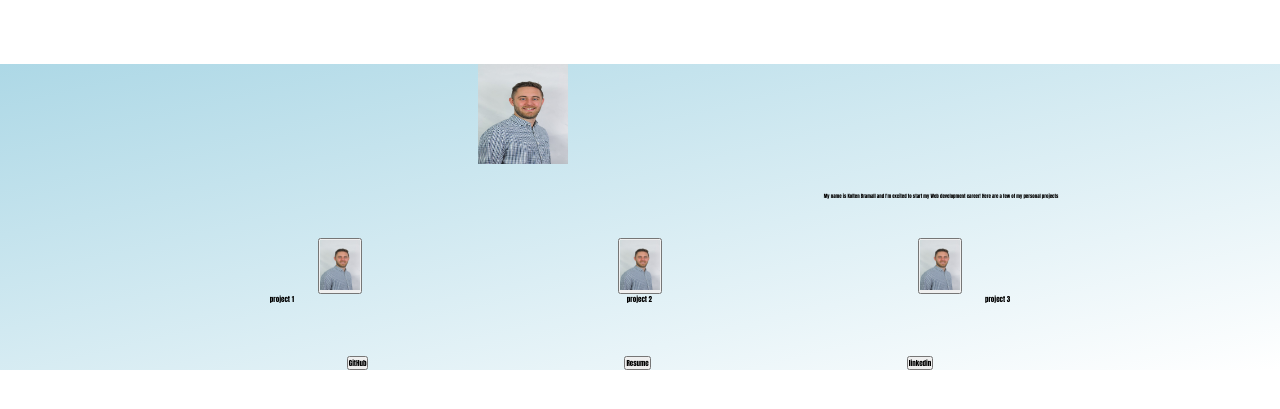
Repository: Kobramall/portfolio-project
Page: /portfolio
These files come from the project's save history. The page is drawn as it stood at one moment and after the next save; the edit follows.
The browser window is 1280 px wide. The pictures show the whole page.
The project was rebuilt for these pictures with package versions that can differ from the ones it lists, and the page was loaded fresh each time. Also part of the build but not shown: src/App.css, src/componets/Main.jsx. Imported but missing from the stored project, and not drawn on this page: src/assets/Landscape.mov.

Above is the page before, as saved 2022-11-01 15:50:06.

After the next save:
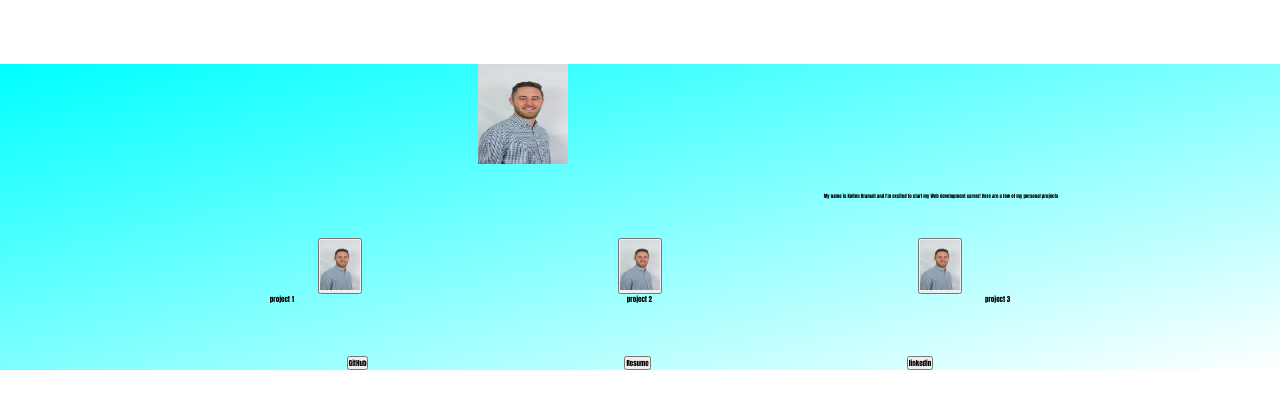
Saved 37 s later.
--- a/src/Portfolio.css
+++ b/src/Portfolio.css
@@ -5,7 +5,7 @@
 
 .portfolio{
     height: 100%;
-    background-image: linear-gradient(to bottom right, lightblue, white);
+    background-image: linear-gradient(to bottom right, aqua, white);
 }
 
 
@@ -14,6 +14,7 @@
     display: flex;
     justify-content: center;
     margin-bottom: 3%;
+    color: ;
   }
 
   .intro img{

After the 2 saves that followed:
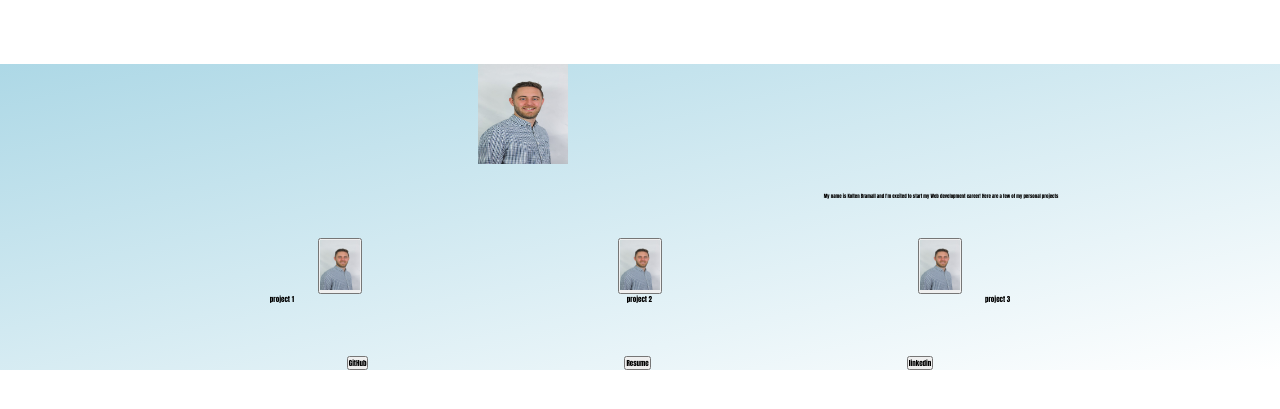
The 2 saves are shown as one change because 1 left the picture as it was.
The last was saved 2 min 23 s later.
--- a/src/Portfolio.css
+++ b/src/Portfolio.css
@@ -5,7 +5,8 @@
 
 .portfolio{
     height: 100%;
-    background-image: linear-gradient(to bottom right, aqua, white);
+    width: 100%;
+    background-image: linear-gradient(to bottom right, lightblue, white);
 }
 
 
@@ -14,7 +15,6 @@
     display: flex;
     justify-content: center;
     margin-bottom: 3%;
-    color: ;
   }
 
   .intro img{
